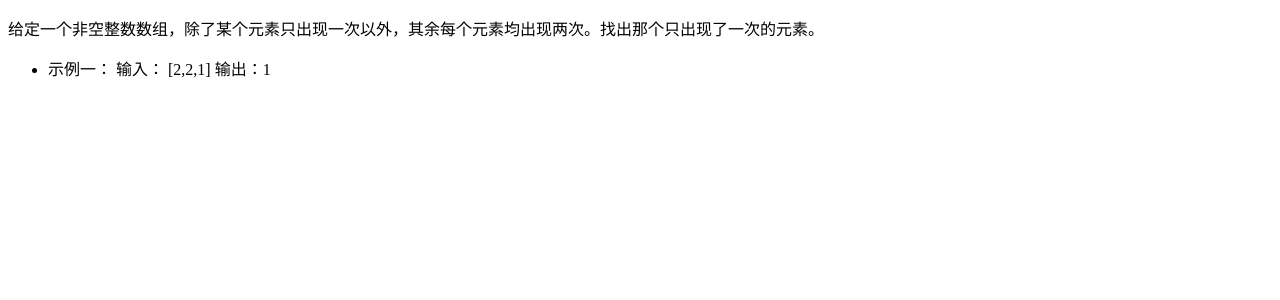
Repository: haiyanaiyou/leetcode
Page: 只出现一次的数字.html
These files come from the project's save history. The page is drawn as it stood at one moment and after the next save; the edit follows.
The browser window is 1280 px wide. The pictures show the whole page.

Above is the page before, as saved 2019-10-11 15:10:36.

After the next save:
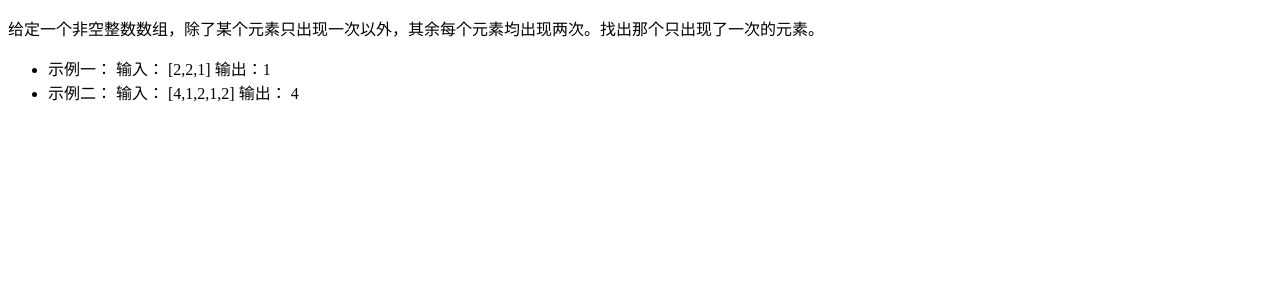
Saved 87 s later.
--- a/只出现一次的数字.html
+++ b/只出现一次的数字.html
@@ -14,6 +14,14 @@
             输入： [2,2,1]
             输出：1
         </li>
+        <li>
+            示例二：
+            输入： [4,1,2,1,2]
+            输出： 4
+        </li>
     </ul>
 </body>
+<script>
+
+</script>
 </html>
